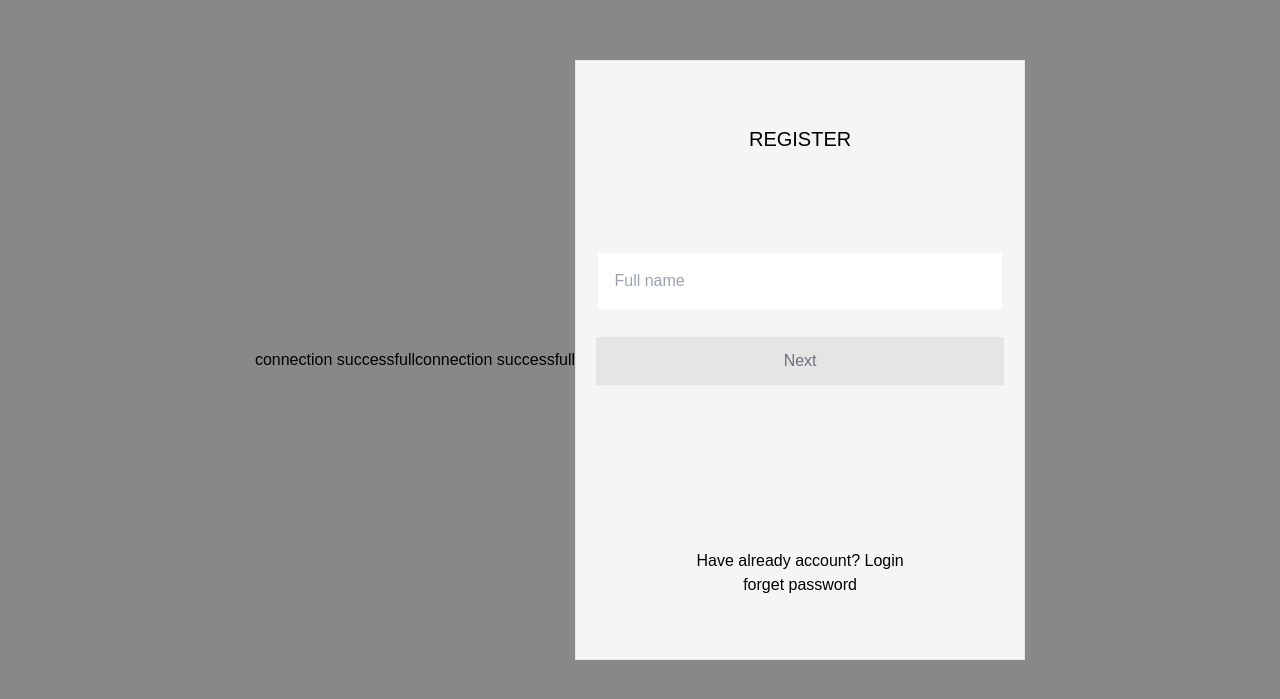
Repository: hsumyatm7308/oop-loginregister-php
Page: http://localhost/register.php
These files come from the project's save history. The page is drawn as it stood at one moment and after the next save; the edit follows.
The browser window is 1280 px wide. The pictures show the whole page.
Some web libraries are served in a nearby version. The page is run by PHP 8.4 with error messages shown; the project is at /var/www/html/. Queries for data that is not in the repository find no rows.

Above is the page before, as saved 2023-08-01 18:17:37.

### register.php
<?php

require_once "oopfunction.php";

if (isset($_POST['submit'])) {
    $fullname = textfilter($_POST['fullname']);
    $username = textfilter($_POST["username"]);
    $email = textfilter($_POST["email"]);
    $address = textfilter($_POST["address"]);
    $phone = textfilter($_POST["phone"]);
    $password = textfilter($_POST["password"]);
    $comfirmpass = textfilter($_POST["comfirm"]);

    $reg->insertUserInfo($fullname, $username, $email, $address, $phone, $password);


}


function textfilter($data)
{
    $data = trim($data);
    $data = htmlspecialchars($data);
    $data = stripcslashes($data);

    return $data;
}


?>


<!DOCTYPE html>
<html>

<head>
    <title>Login</title>

    <script src="https://cdn.tailwindcss.com"></script>
    <style>
        /* form .page {
            display: none;
        } */

        body {
            font-family: sans-serif;
            height: 100vh;
            background: #888;

            display: grid;
            place-items: center;
        }

        input.invalid {
            border: 1px dotted red;
        }
    </style>

</head>

<body class="w-screen h-screen  flex justify-center items-center">

    <div class="w-[450px] h-[600px] bg-stone-100 border flex items-center flex-col">
        <span id="prev" class="text-gray-500 self-start ml-8 mt-5" onclick="backnow(1)">Back</span>


        <h1 class="text-xl text-black uppercase mt-16">Register</h1>

        <form action="" method="post" id="form" class="w-full flex justify-center items-center flex-col mt-20">
            <div class="page w-full flex justify-center items-center mt-5 hidden">
                <input type="text" name="fullname" class="w-[90%] p-4 mb-2 focus:outline-none" placeholder="Full name">
            </div>
            <div class="page w-full flex justify-center items-center hidden">
                <input type="text" name="username" class="w-[90%] p-4 mb-2 focus:outline-none" placeholder="username">
            </div>
            <div class="page w-full flex justify-center items-center hidden">
                <input type="email" name="email" class="w-[90%] p-4 mb-2 focus:outline-none" placeholder="Email">
            </div>
            <div class="page w-full flex justify-center items-center hidden">
                <input type="text" name="address" class="w-[90%] p-4 mb-2 focus:outline-none" placeholder="Address">
            </div>
            <div class="page w-full flex justify-center items-center hidden">
                <input type="text" name="phone" class="w-[90%] p-4 mb-2 focus:outline-none" placeholder="Phone">
            </div>
            <div class="page w-full flex justify-center items-center hidden">
                <input type="password" name="password" class="w-[90%] p-4 mb-2 focus:outline-none"
                    placeholder="Password">
            </div>
            <div class="page w-full flex justify-center items-center hidden">
                <input type="password" name="comfirm" class="w-[90%] p-4 mb-2 focus:outline-none"
                    placeholder="Comfirm password">
            </div>



            <div class="w-full flex justify-center items-center">
                <button type="button" id="next"
                    class="w-full bg-stone-200 text-gray-500 p-3 m-5 hover:opacity-80 hover:text-gray-800"
                    onclick="gonow(1)">Next </button>
            </div>

        </form>


        <div id="footer" class="w-full flex justify-center items-center flex-col mt-32 hidden">
            <div>
                Have already account? <a href="">Login</a>
            </div>
            <div>forget password</div>
        </div>
    </div>

    <script src="./app.js"></script>
</body>

</html>

<!-- CREATE TABLE IF NOT EXISTS loginregister(
    id INT AUTO_INCREMENT NOT NULL PRIMARY KEY,
    fullname VARCHAR(255),
    username VARCHAR(255),
    email VARCHAR(255),
    address VARCHAR(255),
    phone VARCHAR(255),
    password  INT
    )
-->

### oopfunction.php
<?php


class Connection
{
    public $dbhost = "localhost";
    public $dbuser = "root";
    public $dbname = "hmmdb";
    public $password = "";


    public $conn;


    public function __construct()
    {
        try {

            $this->conn = new PDO("mysql:dbhost=$this->dbhost;dbname=$this->dbname", $this->dbuser, $this->password);
            $this->conn->setAttribute(PDO::ATTR_ERRMODE, PDO::ERRMODE_EXCEPTION);

            echo "connection successfull";


        } catch (Exception $e) {
            echo "Error Found : " . $e->getMessage();
        }
    }
}

class Register extends Connection{
    //function to register user in database
    public function insertUserInfo($fullname,$username,$email,$address,$phone,$password){
      $duplicate = $this->conn->prepare('SELECT * FROM loginregister WHERE username = :username OR email = :email');
      $duplicate->bindParam(':username', $username, PDO::PARAM_STR);
      $duplicate->bindParam(':email', $email, PDO::PARAM_STR);
      $duplicate->execute();

      $row = $duplicate->rowCount();
      print_r($row,true);

      if($row > 0){
        echo "Username & email already exit";
        return;
      }


    }



}

$obj = new Connection();

$reg = new Register();
$reg->insertUserInfo("kyaw","kyaw12","kyaw@gmail.com","Bagan","09333333","12345");

?>

### app.js
const getpages = document.getElementsByClassName('page');
console.log(getpages)
const getform = document.getElementById('form');
const prevbtn = document.getElementById('prev');
const nextbtn = document.getElementById('next');
const footer = document.getElementById('footer');

var datas = [];
var objkeys = ["fullname", "username", "email", "address", "password", "comfirm"];


var curidx = 0;

showpage(curidx);

function showpage(num) {


    getpages[num].classList.remove('hidden');

    console.log(getpages[num]);

    num === 0 ? (prevbtn.style.display = "none") : (prevbtn.style.display = "block");
    num === 0 ? (footer.classList.remove('hidden')) : (footer.classList.add('hidden'));

    num === getpages.length - 1 ? (nextbtn.textContent = 'Submit') : (nextbtn.textContent = 'Next');
}


function backnow(num){

    curidx--;
    console.log(curidx)
    // getpages[curidx ].classList.add('hidden');
    getpages[curidx+1].classList.add('hidden');


    showpage(curidx)
}

function gonow(num) {



    if (num === 1 && !formvalid()) return false;
    curidx++;
    console.log(curidx)
    getpages[curidx - 1].classList.add('hidden');

    if (curidx >= getpages.length - 1) {
        nextbtn.style.direction = "none";
        getform.submit();

    }
    showpage(curidx)

}

function* yeildfun() {
    var index = 0;

    while (index < objkeys.length) {
        yield function () {
            index++;
        }
    }
}

let gen = yeildfun();

function formvalid() {
    var valid = true;
    var getcurrinput = getpages[curidx].getElementsByTagName('input');
    // console.log(getcurrinput);
    // console.log(getcurrinput[0].value);

    for (var x = 0; x < getcurrinput.length; x++) {
        // console.log(getcurrinput[x].value);
        if (getcurrinput[x].value === '') {
            getcurrinput[x].classList.add('invalid');
            valid = false;
        } else {

            const keys = objkeys[gen.next().value];
            const values = getcurrinput[x].value;
            datas.push({ [keys]: values });
        }

    }

    return valid;

}

After the next save:
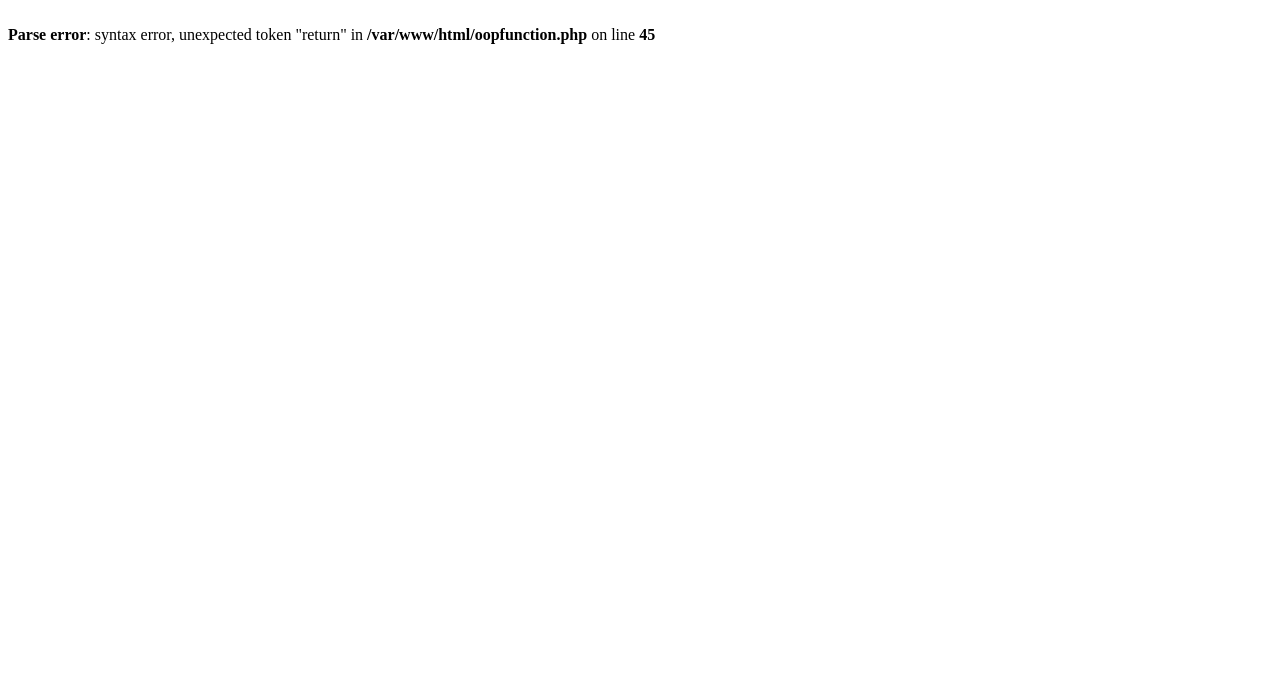
Saved 2 min 59 s later.
--- a/oopfunction.php
+++ b/oopfunction.php
@@ -40,7 +40,8 @@
       print_r($row,true);
 
       if($row > 0){
-        echo "Username & email already exit";
+        echo "";
+        alert("Username & email already exit")
         return;
       }
 

After the save that followed:
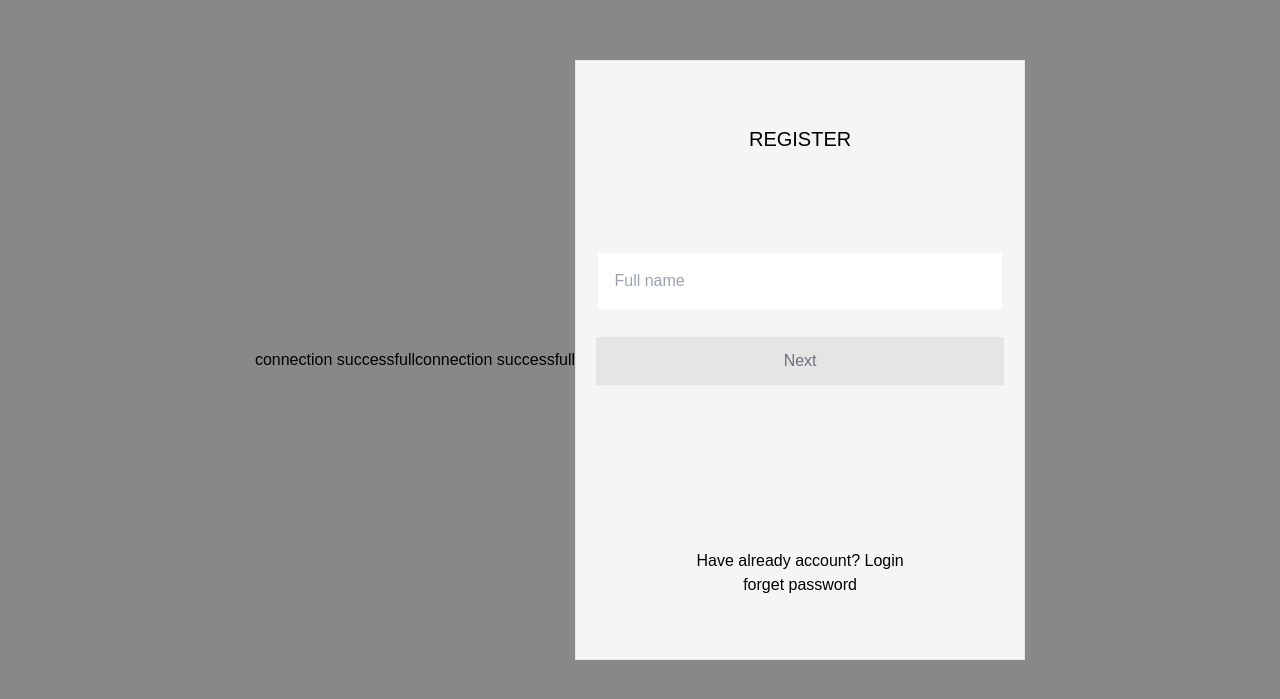
Saved 6 s later.
--- a/oopfunction.php
+++ b/oopfunction.php
@@ -40,9 +40,8 @@
       print_r($row,true);
 
       if($row > 0){
-        echo "";
-        alert("Username & email already exit")
-        return;
+
+        alert("Username & email already exit");
       }
 
 
